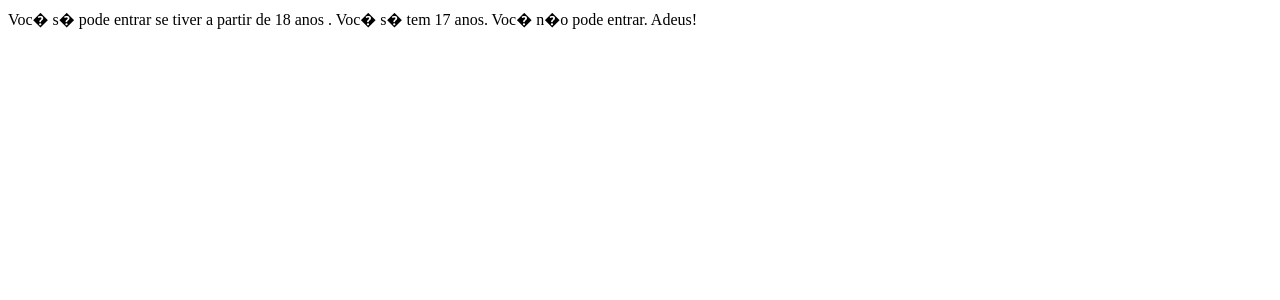
Repository: jpaulopd/PHP
Page: http://localhost/decisoes.php
The author's editor kept a copy of each file at every save. The page is drawn from the files as they stood at one save, then again after the next save.
The browser window is 1280 px wide. The pictures show the whole page.
The page is run by PHP 8.4 with error messages shown; the project is at /var/www/html/.

Above is the page before, as saved 2019-05-22 13:16:25.

After the next save:
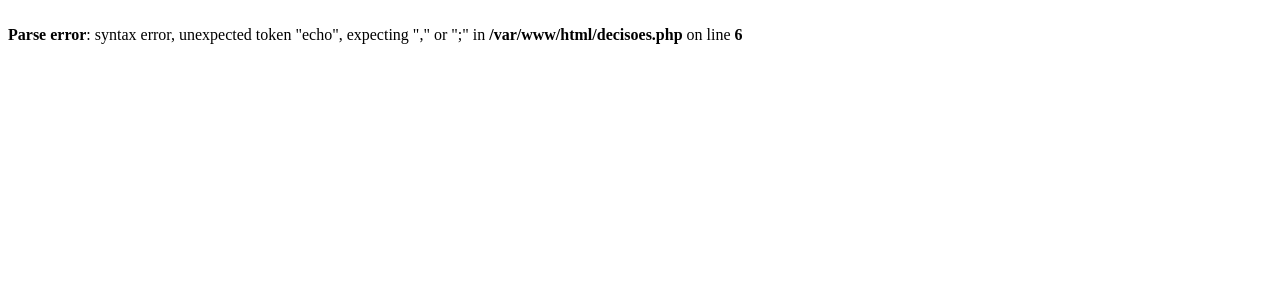
Saved 62 s later.
--- a/eclipsePhp-workspace/php-primeiros-passos/decisoes.php
+++ b/eclipsePhp-workspace/php-primeiros-passos/decisoes.php
@@ -2,7 +2,8 @@
 
 $idade = 17;
 
-echo "Você só pode entrar se tiver a partir de 18 anos ." . PHP_EOL;
+echo "Você só pode entrar se tiver a partir de 18 anos ou ;"
+echo "se estiver acompanhado." . PHP_EOL;
 
 if ($idade >= 18) {
     echo "Voce tem $idade anos." .PHP_EOL;

After the save that followed:
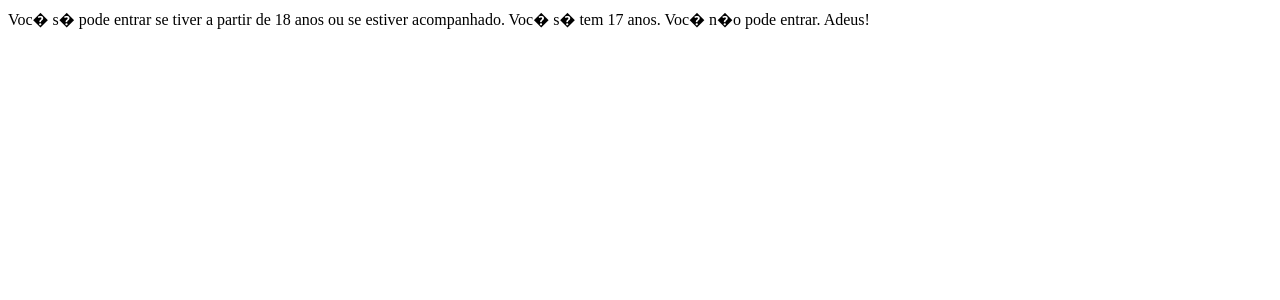
Saved 14 s later.
--- a/eclipsePhp-workspace/php-primeiros-passos/decisoes.php
+++ b/eclipsePhp-workspace/php-primeiros-passos/decisoes.php
@@ -2,7 +2,7 @@
 
 $idade = 17;
 
-echo "Você só pode entrar se tiver a partir de 18 anos ou ;"
+echo "Você só pode entrar se tiver a partir de 18 anos ou ";
 echo "se estiver acompanhado." . PHP_EOL;
 
 if ($idade >= 18) {
